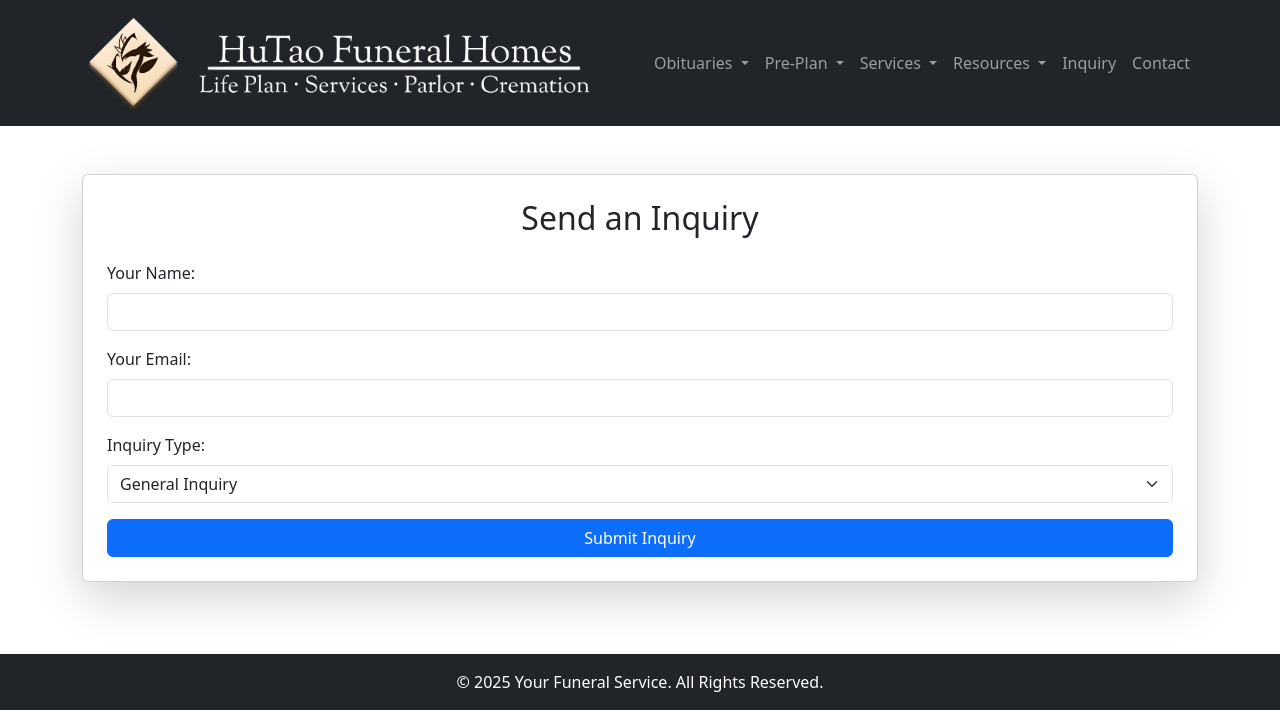
Repository: Jamil-cyber-hash/INSANITY
Page: http://localhost/inquiry.php
These files come from the project's save history. The page is drawn as it stood at one moment and after the next save; the edit follows.
The browser window is 1280 px wide. The pictures show the whole page.
The page is run by PHP 8.4 with error messages shown; the project is at /var/www/html/.

Above is the page before, as saved 2025-03-23 22:20:15.

After the next save:
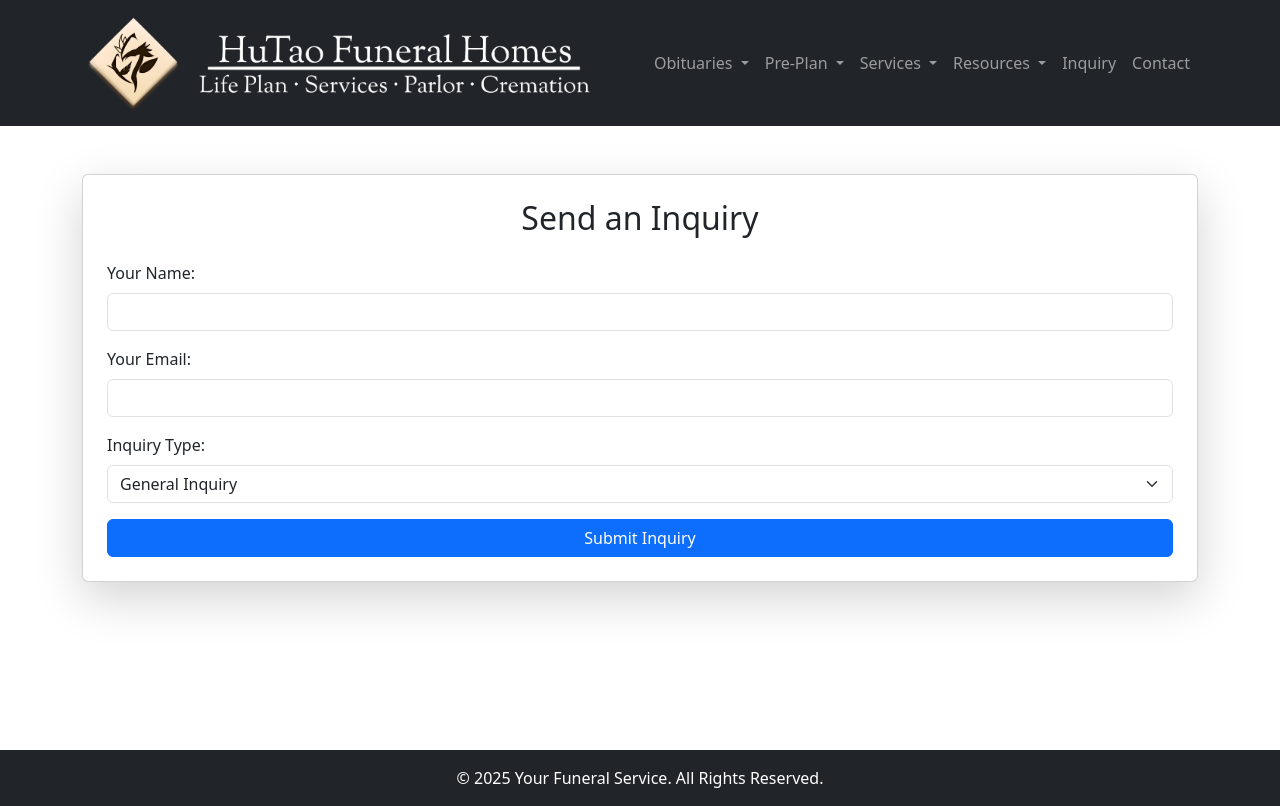
Saved 10 s later.
--- a/inquiry.php
+++ b/inquiry.php
@@ -73,6 +73,10 @@
 <br>
 <br>
 <br>
+<br>
+<br>
+<br>
+<br>
     <?php include 'footer.php'; ?>
 </body>
 </html>
